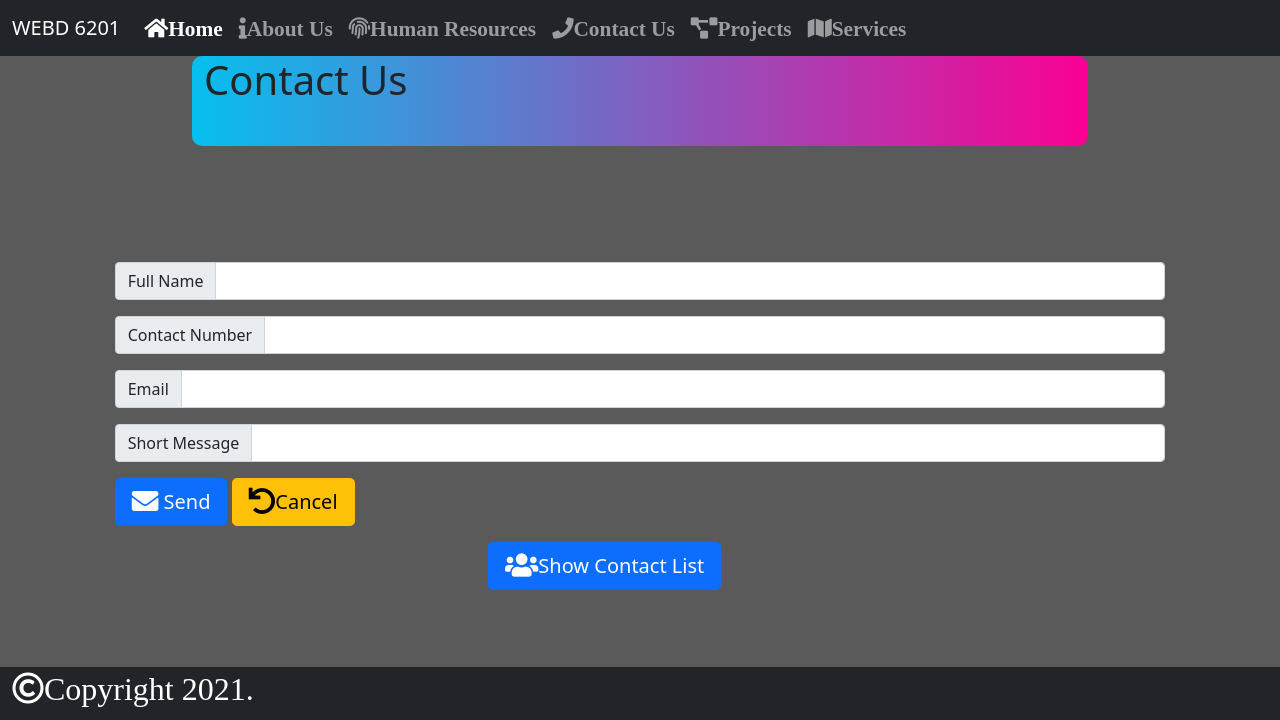
Repository: vans12345678/WEBD6201-W2021-Lab1
Page: contact.html
The author's editor kept a copy of each file at every save. The page is drawn from the files as they stood at one save, then again after the next save.
The browser window is 1280 px wide. The pictures show the whole page.

Above is the page before, as saved 2021-02-02 14:59:37.

After the next save:
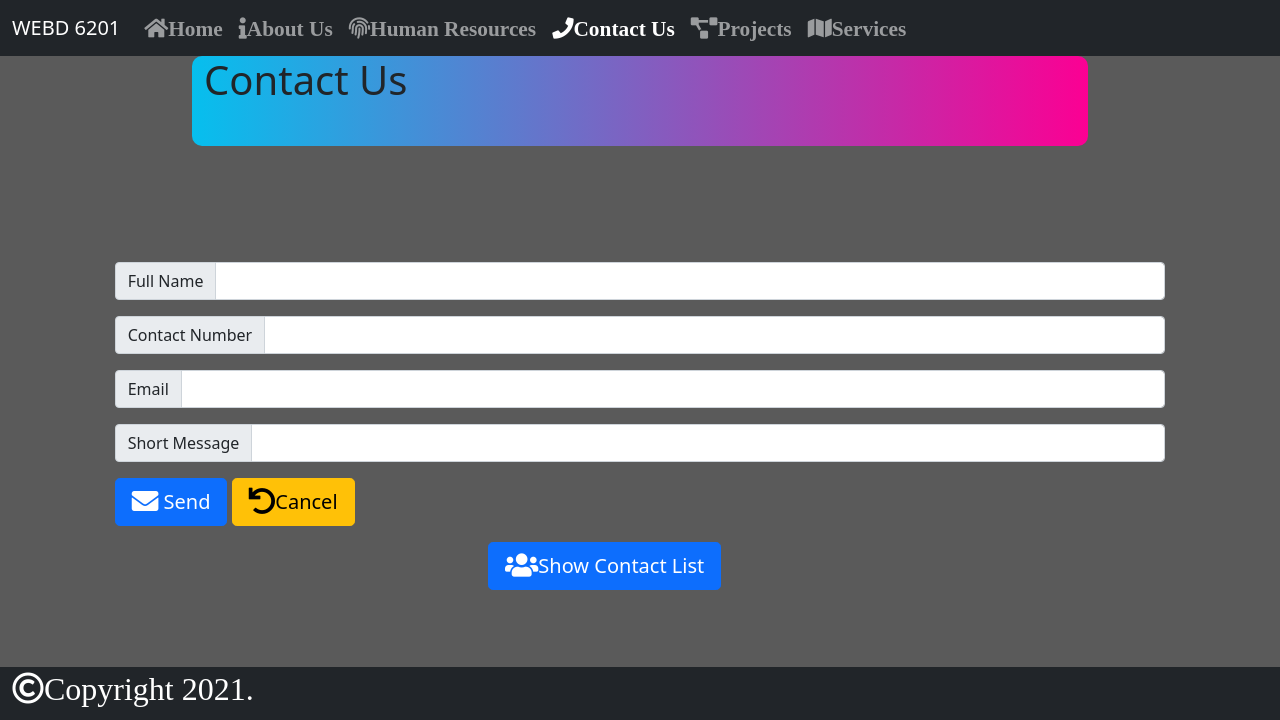
Saved 14 s later.
--- a/contact.html
+++ b/contact.html
@@ -23,7 +23,7 @@
               <div class="collapse navbar-collapse" id="navbarSupportedContent">
                 <ul class="navbar-nav me-auto mb-2 mb-lg-0">
                   <li class="nav-item">
-                    <a id = "navIndex" class="nav-link active fas fa-home fa-lg" aria-current="page" href="index.html"></a>
+                    <a id = "navIndex" class="nav-link fas fa-home fa-lg" aria-current="page" href="index.html"></a>
                   </li>
                   <li class="nav-item">
                     <a id = "navAbout" class="nav-link fas fa-info fa-lg" aria-current="page" href="about.html"></a>
@@ -32,7 +32,7 @@
                     <a id = "navHumanResources" class="nav-link fas fa-fingerprint fa-lg" aria-current="page" href="human-resources.html"></a>
                   </li>
                   <li class="nav-item">
-                    <a id = "navContact" class="nav-link fas fa-phone fa-lg" aria-current="page" href="contact.html"></a>
+                    <a id = "navContact" class="nav-link fas active fa-phone fa-lg" aria-current="page" href="contact.html"></a>
                   </li>
                   <li class="nav-item">
                     <a id = "navProjects" class="nav-link fas fa-project-diagram fa-lg" aria-current="page" href="projects.html"></a>
